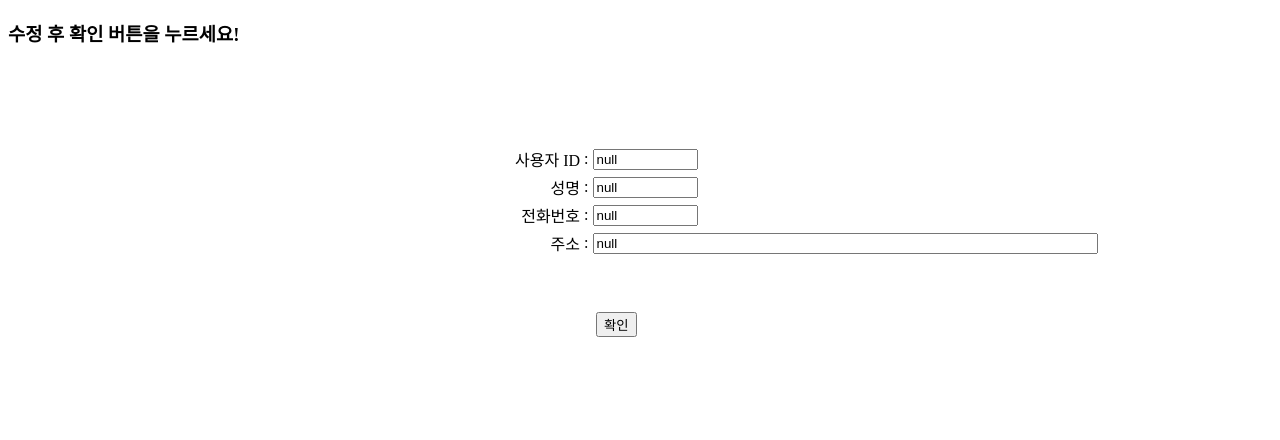
Repository: HyeogDo/Study_Java
Page: http://localhost/Quiz_05/purchaserUpdate_03.jsp
The author's editor kept a copy of each file at every save. The page is drawn from the files as they stood at one save, then again after the next save.
The browser window is 1280 px wide. The pictures show the whole page.
The page is served by Tomcat 9.

Above is the page before, as saved 2022-03-22 06:40:07.

After the next save:
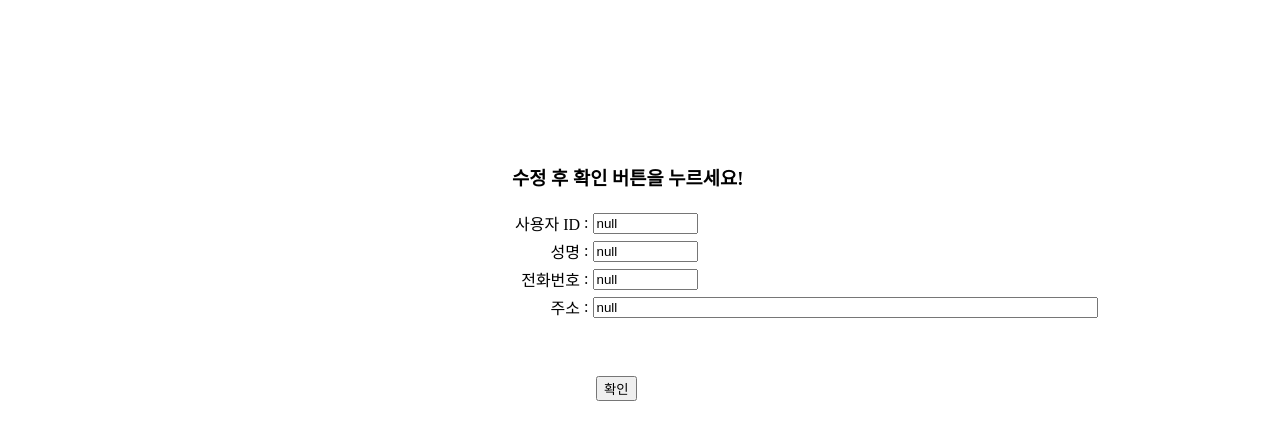
Saved 35 s later.
--- a/Servlets/Quiz_05/src/main/webapp/purchaserUpdate_03.jsp
+++ b/Servlets/Quiz_05/src/main/webapp/purchaserUpdate_03.jsp
@@ -7,8 +7,8 @@
 		<title>Insert title here</title>
 	</head>
 	<body>
+	<div style="position: absolute; left: 40%; top: 20%;">
 		<h3><b>수정 후 확인 버튼을 누르세요!</b></h3>
-	<div style="position: absolute; left: 40%; top: 20%;">
 
 		<form action="purchaserUpdate_04.jsp" method="post">
 			<table>
